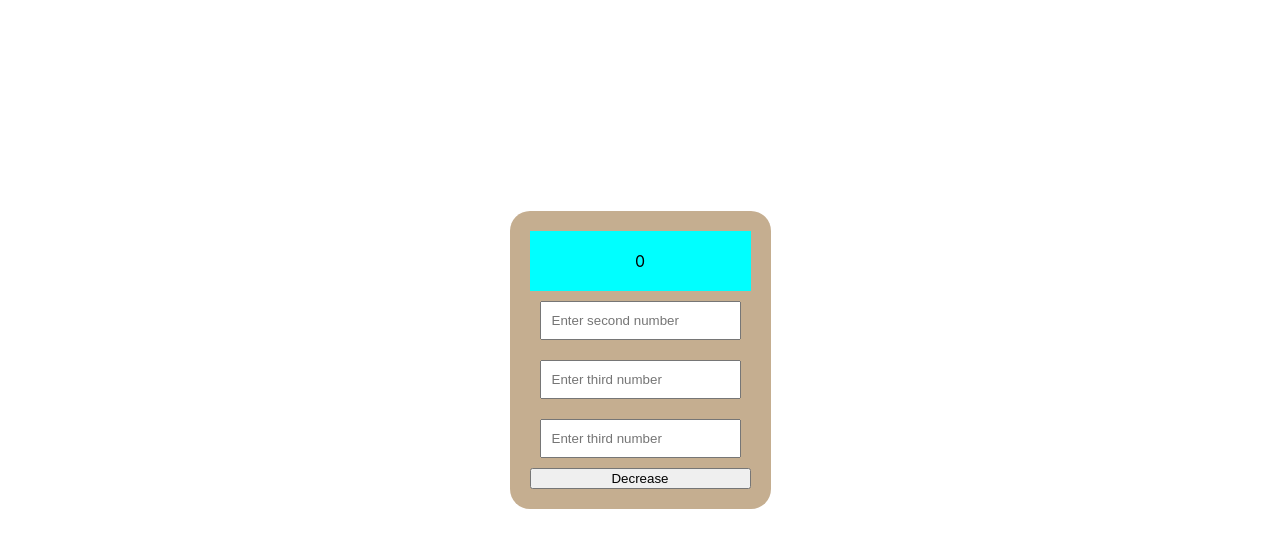
Repository: purnimapatel/SI-calculator
Page: /
An editor plug-in stored every save of this project. The page is shown before and after the next save, followed by the edit.
The browser window is 1280 px wide. The pictures show the whole page.
The project was rebuilt for these pictures with package versions that can differ from the ones it lists, and the page was loaded fresh each time.

Above is the page before, as saved 2024-08-26 11:30:40.

After the next save:
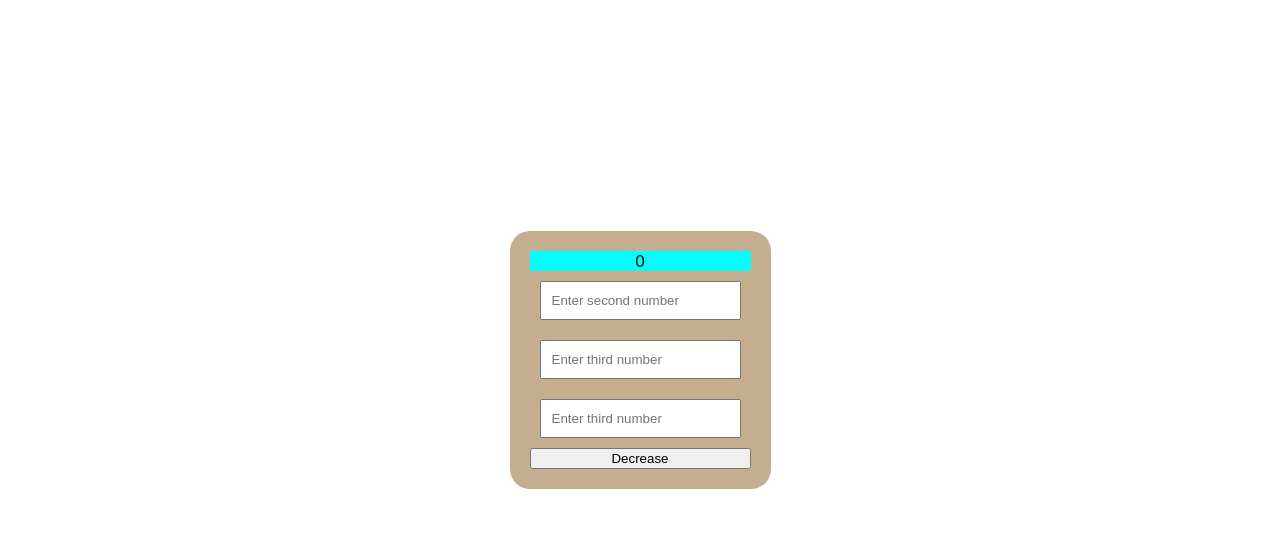
Saved 37 s later.
--- a/src/App.css
+++ b/src/App.css
@@ -25,7 +25,7 @@
   display: flex;
   text-align: center;
   justify-content: center;
-  padding:20px 35px;
+  padding:0px 0px;
   background-color:aqua;
 }
 input[type=number]::-webkit-outer-spin-button,
